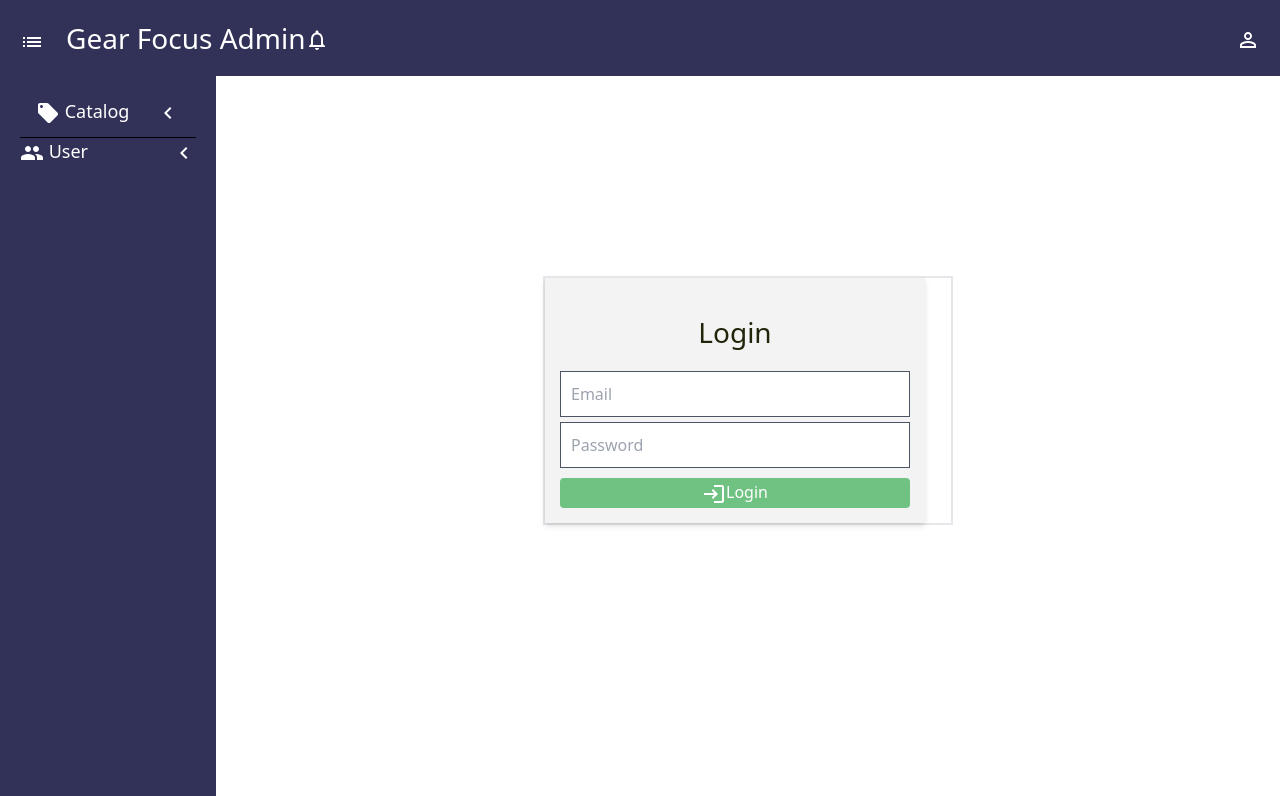
Repository: Kiendz3202/projectFinalPGS
Page: /home
These files come from the project's save history. The page is drawn as it stood at one moment and after the next save; the edit follows.
The browser window is 1280 px wide. The pictures show the whole page.
The project was rebuilt for these pictures with package versions that can differ from the ones it lists, and the page was loaded fresh each time. Also part of the build but not shown: src/App.css, src/pages/HomePage.tsx.

Above is the page before, as saved 2022-03-07 23:16:48.

### src/index.tsx
import React from 'react';
import ReactDOM from 'react-dom';
import './index.css';
import App from './App';
import { BrowserRouter} from 'react-router-dom'

ReactDOM.render(
  <BrowserRouter>
    <App />
  </BrowserRouter>,
  document.getElementById('root')
);

### src/App.tsx
import React, { Fragment } from 'react';
import logo from './logo.svg';
import './App.css';
import LoginPage from './pages/LoginPage';
import Router from './Router';
import Header from './components/header/Header';
import Navbar from './components/navbar/Navbar';

function App() {
  return (
    <Fragment>
    <Header />
    <div className='flex w-full'>
    <Navbar />
    <Router />
    </div>
    </Fragment>
  );
}

export default App;

### src/Router.tsx
import React, { lazy } from 'react';
import { Route, Routes,BrowserRouter,Navigate } from 'react-router-dom';
import {ROUTES} from './config/Routes'
import ProtectedRoute from './ProtectedRoute';
import { Suspense } from 'react';


const HomePage = lazy(() => import('./pages/HomePage'));
const LoginPage = lazy(() => import('./pages/LoginPage'));

interface Props {}

const Router = (props: Props) => {

  return (
    <Suspense fallback={<div>Loading.....</div>}>
      <Routes>
        <Route path={ROUTES.login} element={<LoginPage />} />
        <Route path={ROUTES.home} element={<ProtectedRoute />} />
        <Route path="/" element={<Navigate to={ROUTES.login} />} />
      </Routes>
    </Suspense>
  );
};

export default Router

### src/components/header/Header.tsx
import React from 'react'
import ListIcon from '@mui/icons-material/List';
import NotificationsNoneIcon from '@mui/icons-material/NotificationsNone';
import PersonOutlineIcon from '@mui/icons-material/PersonOutline';

function Header() {
  return (
    <div className='w-full p-[20px] bg-[#323259] text-white'>
        <div className='w-full flex justify-between h-[36px] '>
        <div className='leading-[36px]'>
            <ul className='flex'>
                <li className='text-[28px] mr-[22px]'><ListIcon /></li>
                <li className='text-[28px]'>Gear Focus Admin</li>
                <li className=' text-[20px]'><NotificationsNoneIcon /></li>
            </ul>
        </div>
        <div className='leading-[36px]'>
            <PersonOutlineIcon />
        </div>
        </div>
    </div>
  )
}

export default Header

### src/components/navbar/Navbar.tsx
import React from 'react'
import GroupIcon from '@mui/icons-material/Group';
import LocalOfferIcon from '@mui/icons-material/LocalOffer';
import ChevronLeftIcon from '@mui/icons-material/ChevronLeft';

function Navbar() {
  return (
    <div className=' w-[216px] max-w-[216px] px-[20px] py-[10px] h-screen bg-[#323259] text-white'>
        <ul>
            <div className='flex justify-between text-[18px] border-b-[1px] py-[12px] px-[16px] border-black'>
                <li><LocalOfferIcon className=' text-xs' /> Catalog</li>
                <li><ChevronLeftIcon /></li>
            </div>
            <div className='flex justify-between text-[18px]'>
                <li><GroupIcon /> User</li>
                <li><ChevronLeftIcon /></li>
            </div>
        </ul>
    </div>
  )
}

export default Navbar

### src/config/Routes.tsx
export const ROUTES = {
    home:'/home',
    login:'/login'
}

### src/ProtectedRoute.tsx
import React from 'react'
import { Navigate, Route,RouteProps } from 'react-router-dom'
// import {Redirect} from 'react-router-dom'
import {ROUTES} from './config/Routes'
import HomePage from './pages/HomePage'


interface Props extends RouteProps {}

function ProtectedRoute(props: Props) {
  const {...rest} = props
  const auth = sessionStorage.getItem('statusText')
  if(auth == 'OK'){
    return <HomePage />
  }
  return (
    <Navigate to={ROUTES.login} />
  )
}

export default ProtectedRoute

// import React from 'react';
// import { Redirect, Route, RouteProps } from 'react-router-dom';
// import { ROUTES } from '../../../configs/routes';
// import Cookies from 'js-cookie';
// import { ACCESS_TOKEN_KEY } from '../../../utils/constants';
// import { RouteSharp } from '@mui/icons-material';

// interface Props extends RouteProps {}

// const ProtectedRoute = (props: Props) => {
//   const { ...rest } = props;
//   const auth = Cookies.get(ACCESS_TOKEN_KEY);

//   if (auth) {
//     return <Route {...rest} />;
//   }

//   return (
//     <Redirect
//       to={{
//         pathname: ROUTES.login,
//       }}
//     />
//   );
// };

// export default ProtectedRoute;

### src/pages/LoginPage.tsx
import React,{useState} from 'react'
import { useNavigate } from 'react-router-dom';
import { ILoginValidation } from '../components/auth/auth'
import Login from '../components/auth/Login'


function LoginPage() {
    const [loading, setLoading] = useState(false);
    const [errorMessage, setErrorMessage] = useState('');
    const navigate = useNavigate()
    const onLogin = async (value:ILoginValidation) =>{
      try{
        const response = await fetch('https://api.gearfocus.div4.pgtest.co/api/authentication/login',{
        method:'POST',
        headers:{
          'Content-Type': 'application/json'
        },
        body:JSON.stringify({
          email:value.email,
          password:value.password
        })
      })
      if(!response){
        throw new Error('something wrong')
        return;
      }
      // console.log(response)
        sessionStorage.setItem("statusText",response.statusText)
        navigate('/home')
      }catch(errorMessage){
        console.warn(errorMessage)
      }
    }

    return (
        <Login onLogin={onLogin} loading={loading} errorMessage={errorMessage} />
    )
}

export default LoginPage

### src/components/auth/Login.tsx
import React, { useState } from 'react'
import LoginIcon from '@mui/icons-material/Login';
import { ILoginValidation } from './auth';
import ValidateLoginForm from './ValidateLoginForm';

interface Props{
    onLogin(value:ILoginValidation):void;
    loading:boolean;
    errorMessage:string
}

const InvalidEmailWarn = () => {
    return <p>InValid email address</p>
}
const InvalidPasswordWarn = () => {
    return <p>Invalid password. Password must be at least 6 characters long, and capital letter at the beginning.</p>
}

function Login(props:Props) {
    const {onLogin,loading,errorMessage} = props;
    const [formValue,setFormValue] = useState({email:'',password:''})
    const [isValidated,setIsValidated] = useState({email:'',password:''})
    const [email,setEmail] = useState('');
    const [password,setPassword] = useState('');
    // const onSubmit = React.useCallback((e: React.FormEvent<HTMLElement>) =>{
        // e.preventDefault();
        // setIsValidated(ValidateLoginForm(formValue));
        // if(isValidated.email && isValidated.password){
        //     onLogin(formValue);
        // }else{
        //     return;
        // }
        // console.log(isValidated)
            // onLogin(formValue))
    // }
    const valid = (value:ILoginValidation) =>{
        if(value.email === '' && value.password === ''){
            return true
        }else{
            return false
        }
    }
    const onSubmit = React.useCallback(() => {
        setIsValidated(ValidateLoginForm(formValue));
        console.log(ValidateLoginForm(formValue))
        console.log(valid(ValidateLoginForm(formValue)))
        if (!valid(ValidateLoginForm(formValue))) {
            return;
          }

          onLogin(formValue);

      }, [formValue, onLogin]);
    return (
        <div className=' max-w-[410px] w-full m-auto border-2 mt-[200px]'>
            <form  onSubmit={(e) => {
        e.preventDefault();
        onSubmit();
      }} className='flex flex-col w-[380px] p-[15px] bg-[#f3f3f3] drop-shadow-md'>
                <p className=' text-center text-[#212509] text-[28px] my-[18px]'>Login</p>
                <div className=' justify-center mb-[5px] '>
                    <input onChange={(e) => setFormValue({...formValue,email:e.target.value})} value={formValue.email} type="text" className='w-full p-[10px] border border-gray-600 outline-blue-300' placeholder='Email' />
                    {isValidated.email ?? <p>{isValidated.email}</p>}
                </div>
                <div className=' justify-center mb-[10px] '>
                    <input onChange={(e) => setFormValue({...formValue,password:e.target.value})} value={formValue.password} type="password" className='w-full p-[10px] border border-gray-600 outline-blue-300' placeholder='Password' />
                    {isValidated.password ?? <p>{isValidated.password}</p>}
                </div>
                <button className=' bg-[#70c282] h-[30px] rounded text-white font-medium'>
                    <LoginIcon />
                    Login
                </button>
                {errorMessage ?? <p>email or password is wrong!</p>}
            </form>
        </div>
    )
}

export default Login

### src/components/auth/ValidateLoginForm.tsx
import React from 'react'
import { ILoginValidation } from './auth';

export function ValidateEmail(email:string) {
    let isValidated = String(email)
    .toLowerCase()
    .match(
      /^(([^<>()[\]\\.,;:\s@"]+(\.[^<>()[\]\\.,;:\s@"]+)*)|(".+"))@((\[[0-9]{1,3}\.[0-9]{1,3}\.[0-9]{1,3}\.[0-9]{1,3}\])|(([a-zA-Z\-0-9]+\.)+[a-zA-Z]{2,}))$/
    )
    if(isValidated){
        return '';
    }else{
        return 'emailInvalid'
    }
}
export function ValidatePassword(password:string){
    if(password.length >= 6){
        return ''
    }else{
        return 'min length is 6 characters'
    }
}
export default function ValidateLoginForm(formValue:ILoginValidation){
    return {
        email:ValidateEmail(formValue.email),
        password:ValidatePassword(formValue.password)
    }
}

Loaded but not shown: public/index.html (common file); src/index.css (common file); tailwind.config.js (common file)

After the next save:
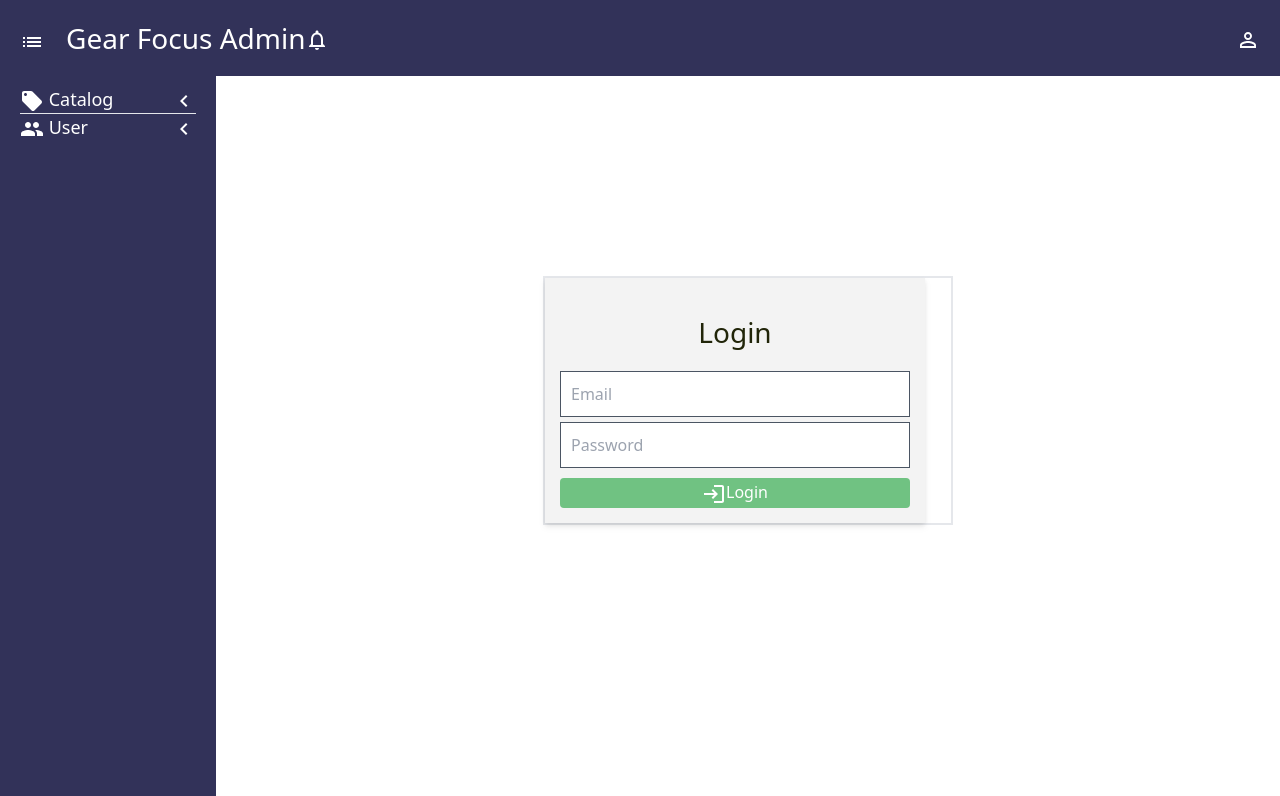
Saved 31 s later.
--- a/src/components/navbar/Navbar.tsx
+++ b/src/components/navbar/Navbar.tsx
@@ -7,7 +7,7 @@ function Navbar() {
   return (
     <div className=' w-[216px] max-w-[216px] px-[20px] py-[10px] h-screen bg-[#323259] text-white'>
         <ul>
-            <div className='flex justify-between text-[18px] border-b-[1px] py-[12px] px-[16px] border-black'>
+            <div className='flex justify-between text-[18px] border-b-[1px] py-[12px]border-black'>
                 <li><LocalOfferIcon className=' text-xs' /> Catalog</li>
                 <li><ChevronLeftIcon /></li>
             </div>
